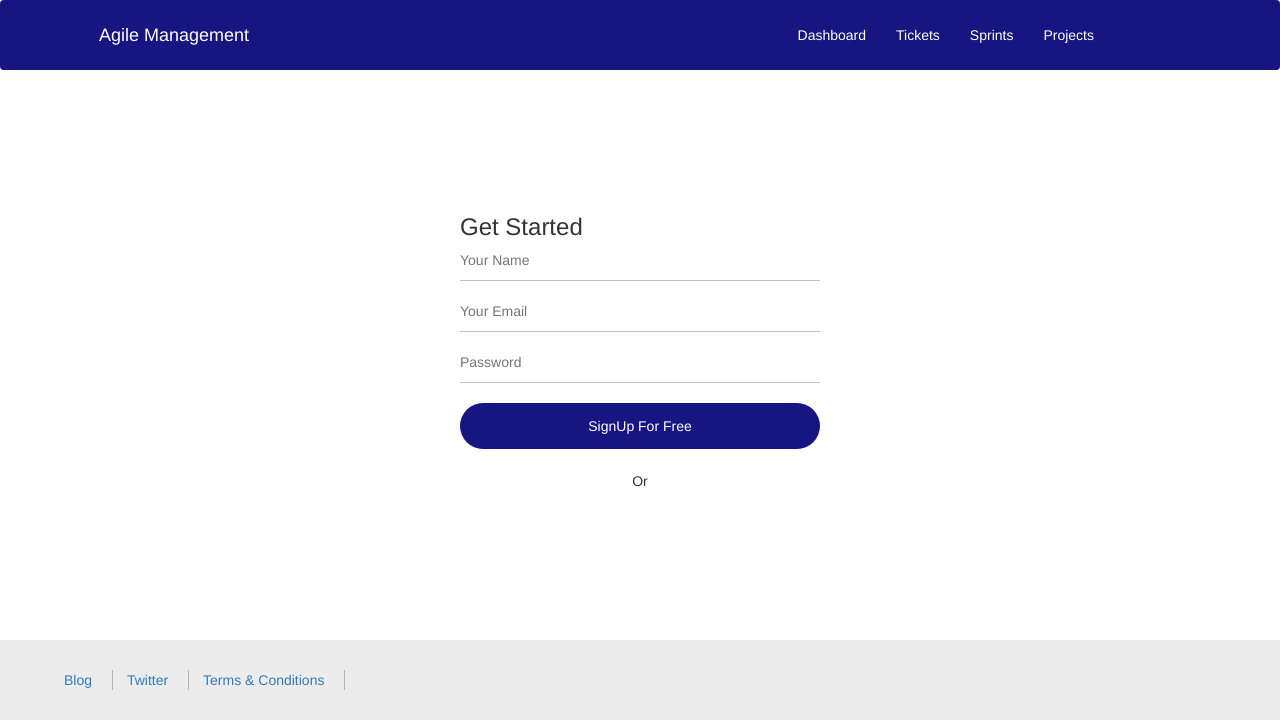
Repository: princexavier/agil
Page: http://localhost/Agile/
These files come from the project's save history. The page is drawn as it stood at one moment and after the next save; the edit follows.
The browser window is 1280 px wide. The pictures show the whole page.
Some web libraries are served in a nearby version. The page is served by Tomcat 9.

Above is the page before, as saved 2018-01-19 04:57:28.

After the next save:
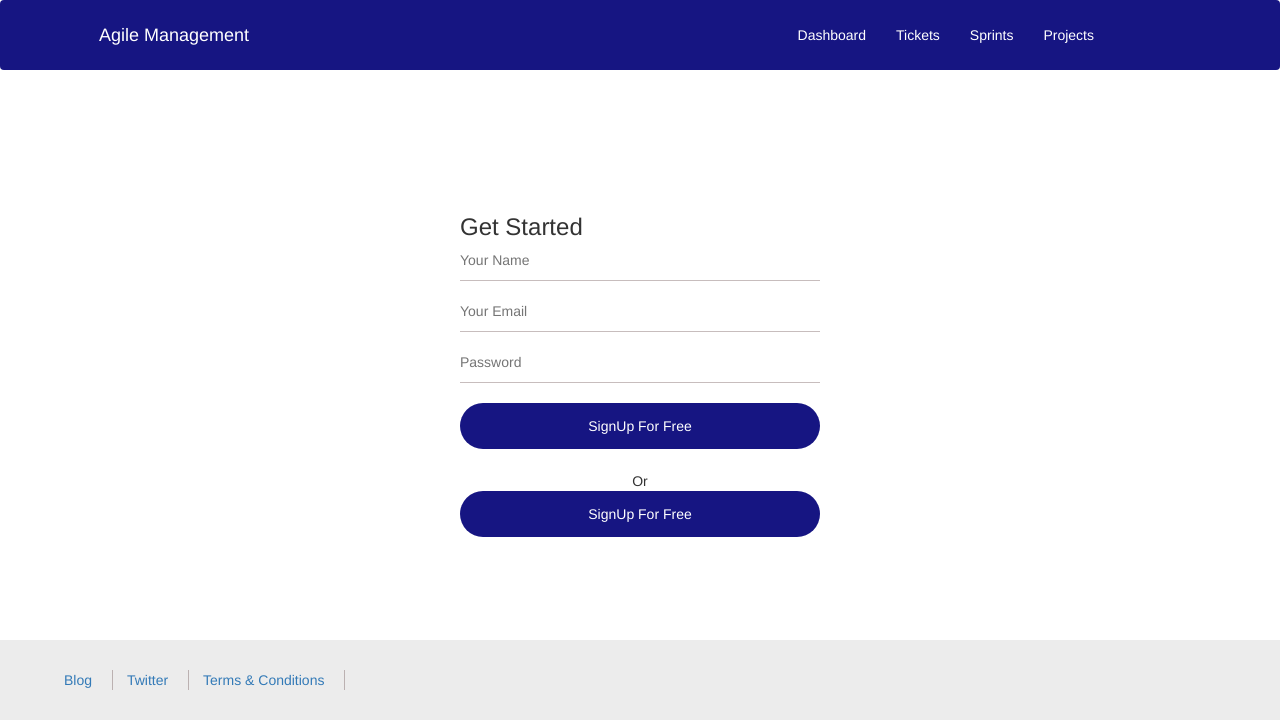
Saved 18 s later.
--- a/workspace/Agile/WebContent/index.jsp
+++ b/workspace/Agile/WebContent/index.jsp
@@ -43,6 +43,7 @@
     				<input type="text" placeholder="Password">
     				<button class="sign-up">SignUp For Free</button>
     				<span>Or</span>
+    			    <button class="sign-up">SignUp For Free</button>
     			</form>
     		</div>
     		<div class="col-md-4"></div>
